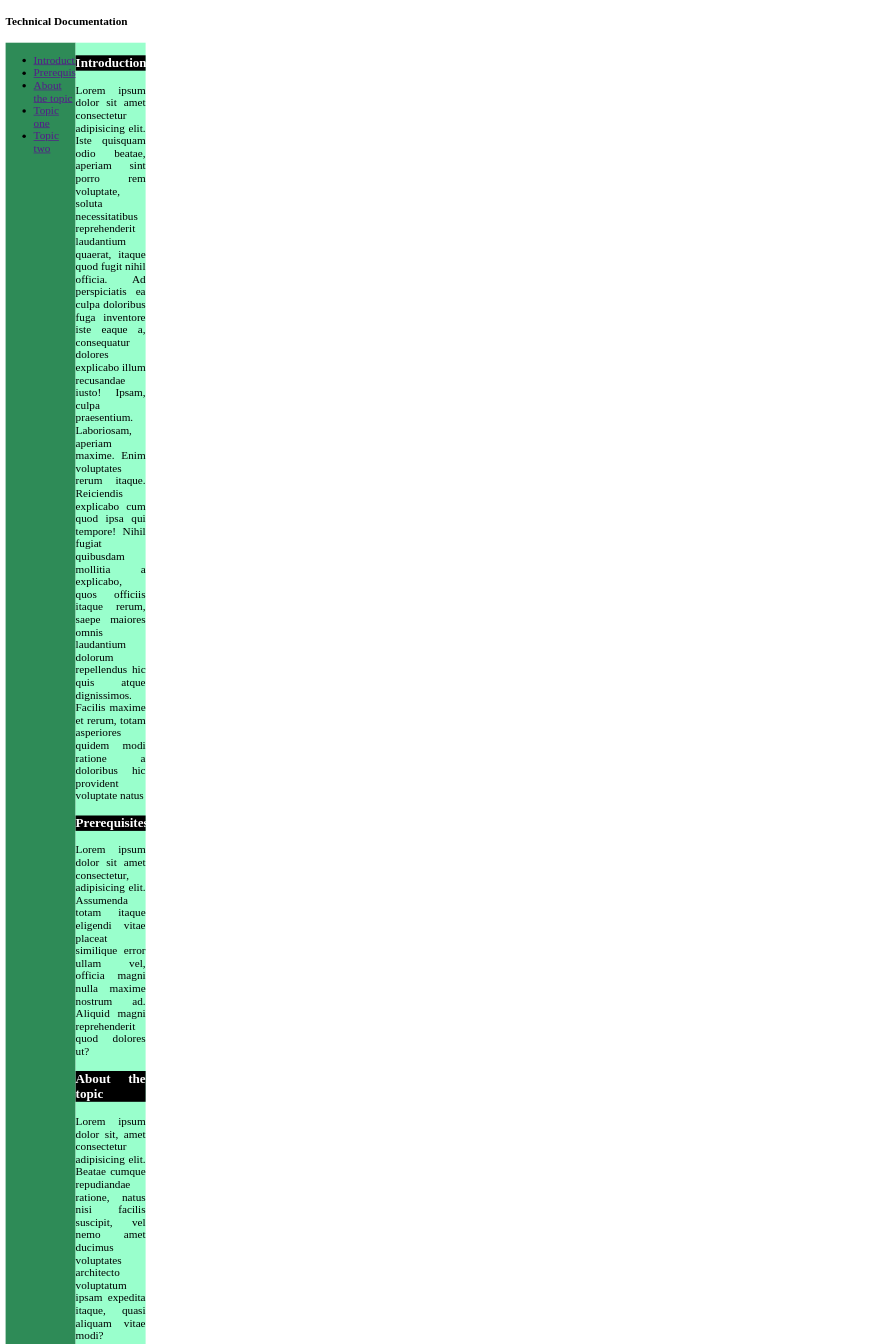
Repository: JoaoLemesDEV/Excercise-Tech-Documentation-Page
Page: index.html
An editor plug-in stored every save of this project. The page is shown before and after a run of saves, followed by the edit.
The browser window is 1280 px wide. The pictures show the part of the page from y = 0 to 1920 px (the page is 2690 px tall), at 70% of full size.

Above is the page before, as saved 2021-10-03 21:27:11.

After the next 2 saves:
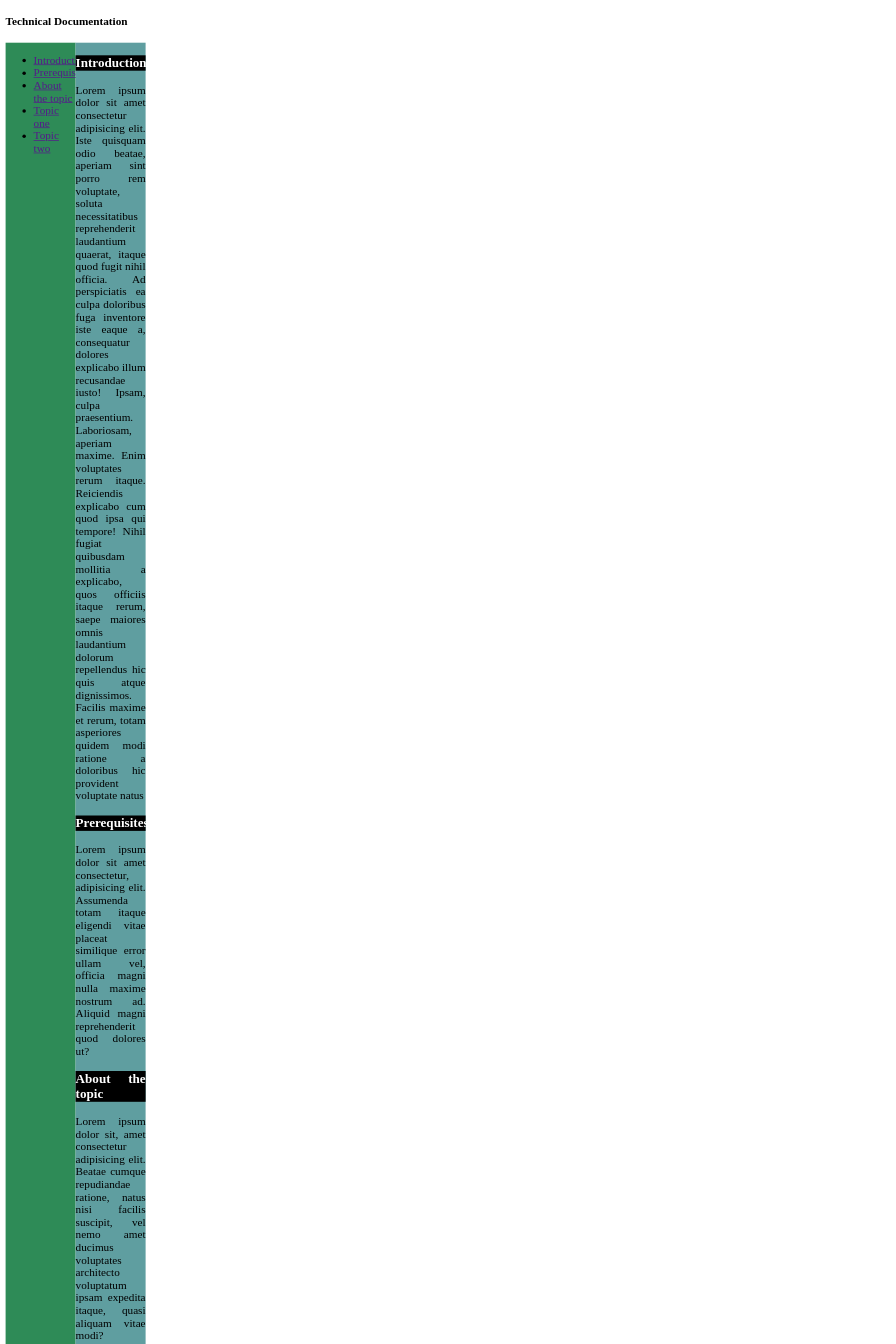
The 2 saves are shown as one change because they came seconds apart.
The last was saved 14 s later.
--- a/index.css
+++ b/index.css
@@ -12,7 +12,6 @@ grid-row-end: 2;
 
 main{
   background-color: cadetblue;
-	background: #9FC;
   text-align: justify;
   grid-row-start: 1;
   grid-row-end: 2;
